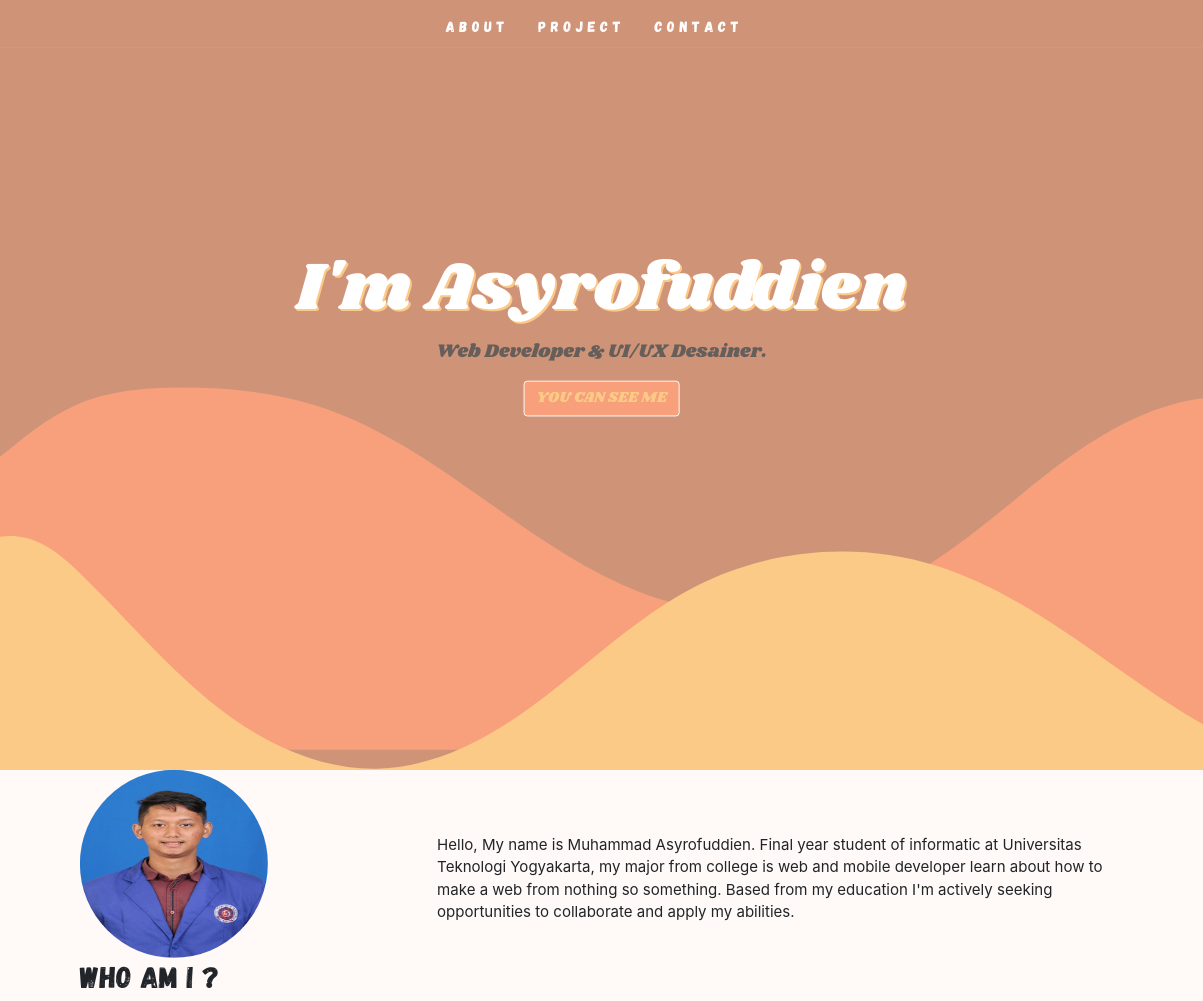
Repository: zetta-muhammad-asyrofuddien/Html-Css-ZettaCAmp
Page: Day1/Portofolio/index.html
An editor plug-in stored every save of this project. The page is shown before and after the next save, followed by the edit.
The browser window is 1280 px wide. The pictures show the whole page, at 94% of full size.

Above is the page before, as saved 2023-07-05 19:31:23.

After the next save:
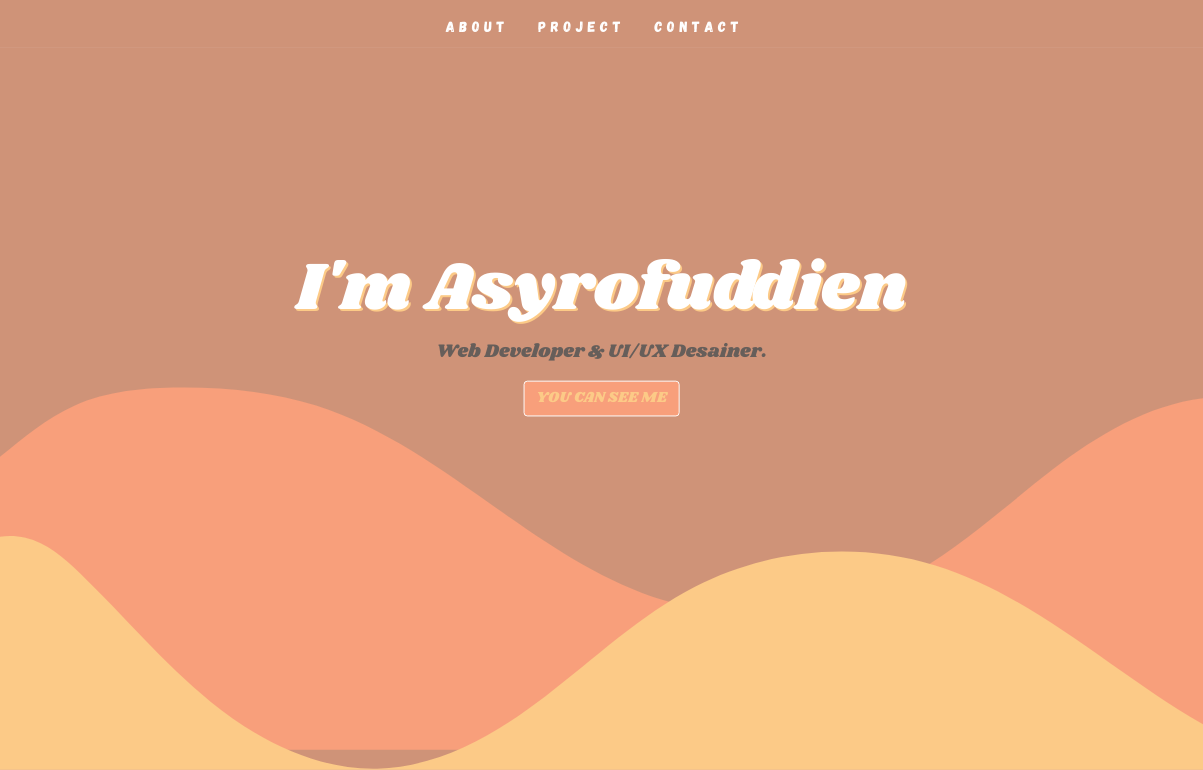
Saved 96 s later.
--- a/Day1/Portofolio/index.html
+++ b/Day1/Portofolio/index.html
@@ -47,22 +47,7 @@
     <!-- Akhir Jumbotron -->
 
     <!-- About -->
-    <section class="about">
-      <div class="container">
-        <div class="row">
-          <div class="col-4">
-            <img class="foto" src="./asset/img/foto.jpeg" alt="" width="200px" height="200px" />
-            <h2 class="about">WHO AM I ?</h2>
-          </div>
-          <div class="col-8 d-flex align-items-center text-left">
-            <p>
-              Hello, My name is Muhammad Asyrofuddien. Final year student of informatic at Universitas Teknologi Yogyakarta, my major from college is web and mobile developer learn about how to make a web from nothing so something. Based
-              from my education I'm actively seeking opportunities to collaborate and apply my abilities.
-            </p>
-          </div>
-        </div>
-      </div>
-    </section>
+
     <!-- Akhir About -->
     <script src="https://cdn.jsdelivr.net/npm/@popperjs/core@2.11.6/dist/umd/popper.min.js" integrity="sha384-oBqDVmMz9ATKxIep9tiCxS/Z9fNfEXiDAYTujMAeBAsjFuCZSmKbSSUnQlmh/jp3" crossorigin="anonymous"></script>
     <script src="https://cdn.jsdelivr.net/npm/bootstrap@5.2.3/dist/js/bootstrap.min.js" integrity="sha384-cuYeSxntonz0PPNlHhBs68uyIAVpIIOZZ5JqeqvYYIcEL727kskC66kF92t6Xl2V" crossorigin="anonymous"></script>
